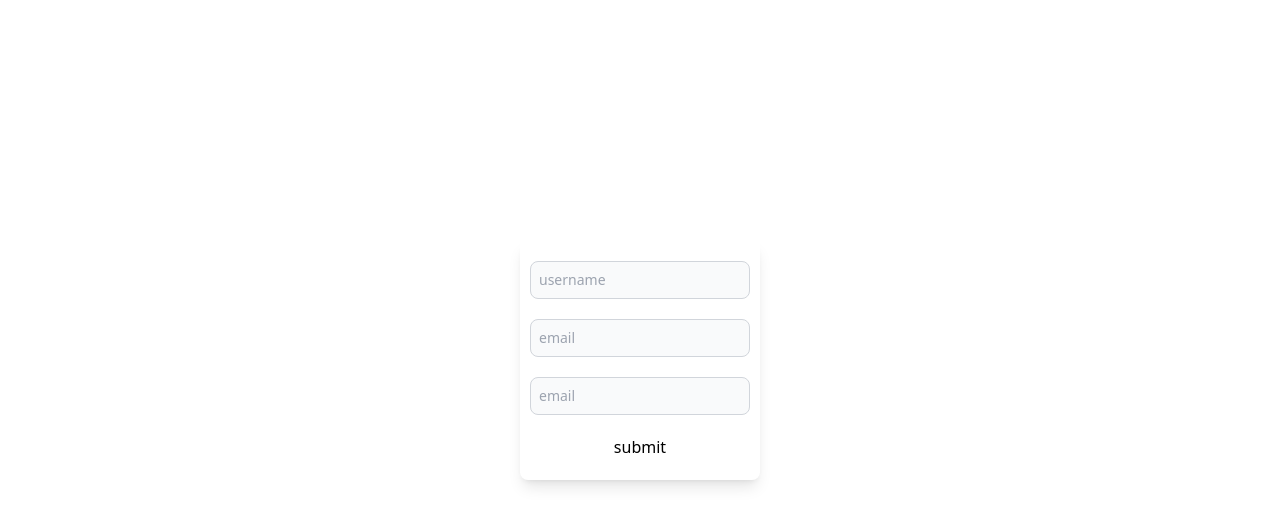
Repository: Emy-gold/alx-fe-reactjs
Page: / (app in form-handling-react/)
An editor plug-in stored every save of this project. The page is shown before and after the next save, followed by the edit.
The browser window is 1280 px wide. The pictures show the whole page.
The project was rebuilt for these pictures with package versions that can differ from the ones it lists, and the page was loaded fresh each time. Also part of the build but not shown: form-handling-react/vite.config.js.

Above is the page before, as saved 2025-08-22 21:55:31.

After the next save:
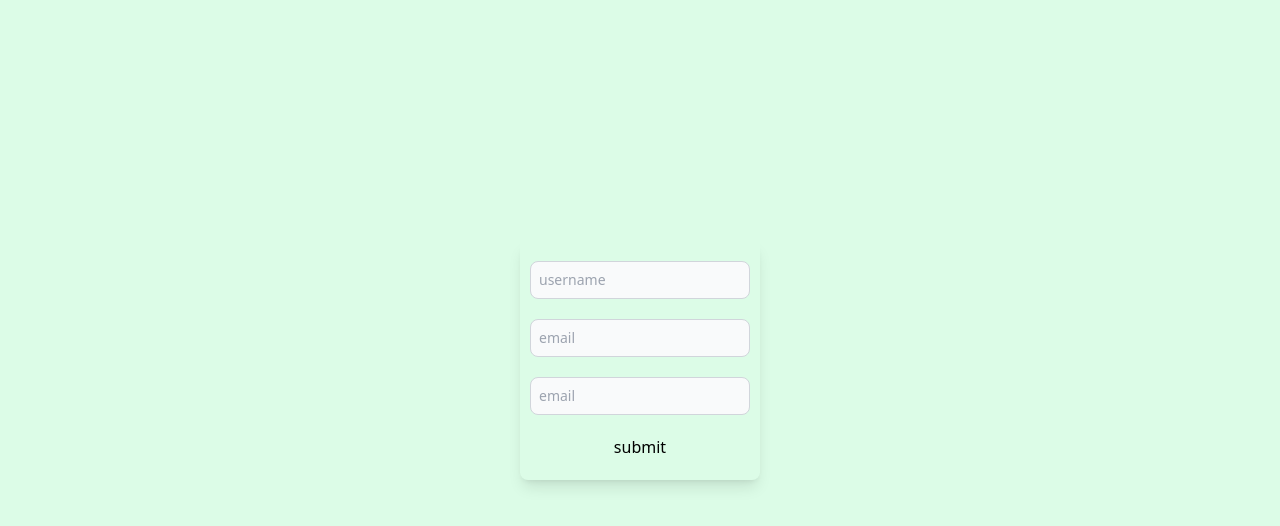
Saved 42 s later.
--- a/form-handling-react/src/components/RegistrationForm.jsx
+++ b/form-handling-react/src/components/RegistrationForm.jsx
@@ -16,7 +16,7 @@
     }
 
     return (
-        <div className='flex w-full mx-auto h-screen justify-center items-center'>
+        <div className='flex w-full mx-auto h-screen justify-center items-center bg-green-100'>
             <form onSubmit={handleSubmit} className='flex flex-col justify-center items-center w-60 h-60 rounded-lg shadow-lg'>
                 <input
                     type="text"

After the save that followed:
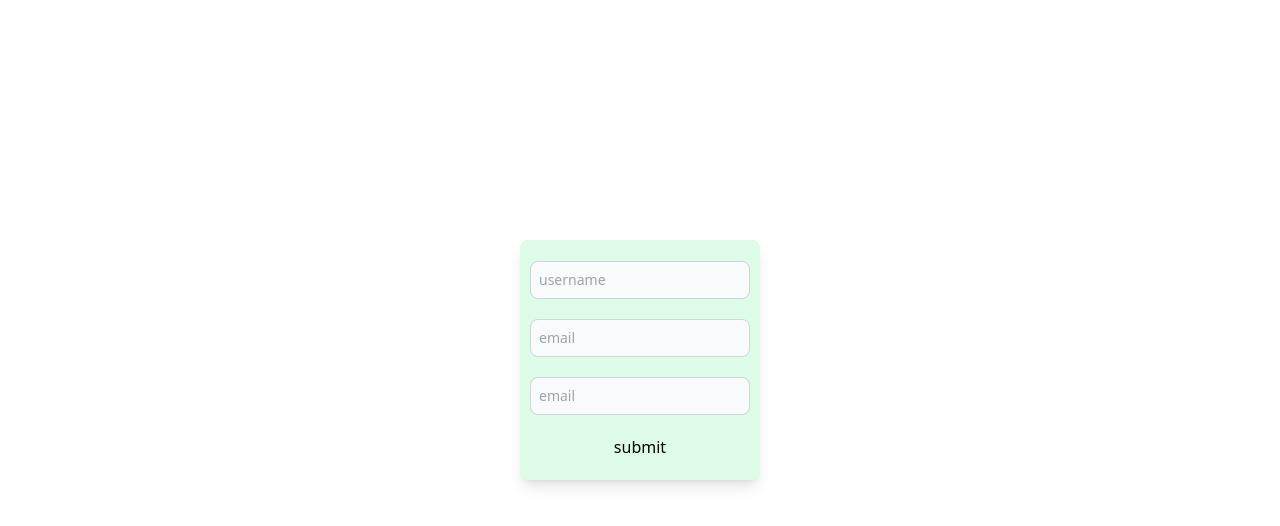
Saved 26 s later.
--- a/form-handling-react/src/components/RegistrationForm.jsx
+++ b/form-handling-react/src/components/RegistrationForm.jsx
@@ -16,8 +16,8 @@
     }
 
     return (
-        <div className='flex w-full mx-auto h-screen justify-center items-center bg-green-100'>
-            <form onSubmit={handleSubmit} className='flex flex-col justify-center items-center w-60 h-60 rounded-lg shadow-lg'>
+        <div className='flex w-full mx-auto h-screen justify-center items-center '>
+            <form onSubmit={handleSubmit} className='flex flex-col justify-center items-center w-60 h-60 rounded-lg shadow-lg bg-green-100'>
                 <input
                     type="text"
                     name="username"
